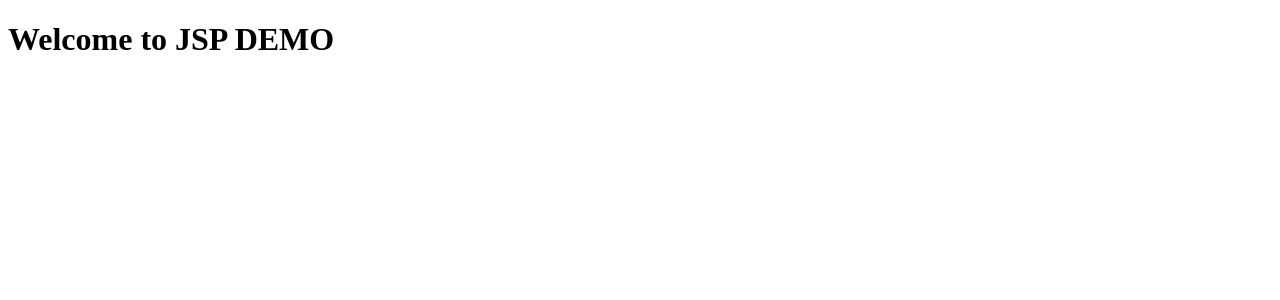
Repository: javeed512/jsp_repo
Page: http://localhost/JSP_LifeCycle/demo.jsp
These files come from the project's save history. The page is drawn as it stood at one moment and after a run of saves; the edit follows.
The browser window is 1280 px wide. The pictures show the whole page.
The page is served by Tomcat 9.

Above is the page before, as saved 2022-03-14 12:00:45.

After the next 2 saves:
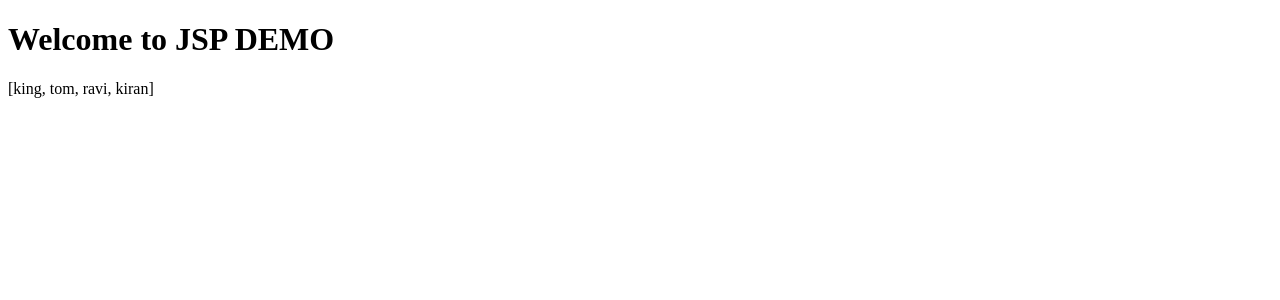
The 2 saves are shown as one change because 1 did not build or start.
The last was saved 57 s later.
--- a/JSP_LifeCycle/WebContent/demo.jsp
+++ b/JSP_LifeCycle/WebContent/demo.jsp
@@ -14,6 +14,13 @@
 
 	List  list = new ArrayList();
 
+		list.add("king");
+		list.add("tom");
+		list.add("ravi");
+		list.add("kiran");
+
+		out.print(list);
+
 %>
 
 </body>
